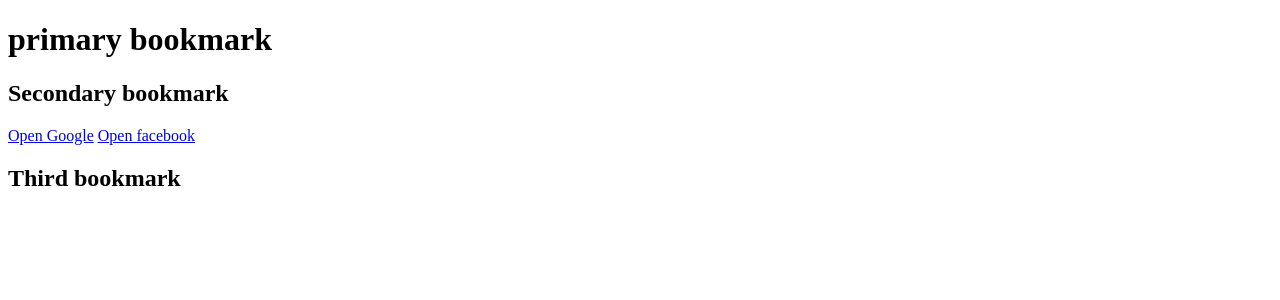
Repository: Mohan2347/Project-2
Page: 3.html
The author's editor kept a copy of each file at every save. The page is drawn from the files as they stood at one save, then again after the next save.
The browser window is 1280 px wide. The pictures show the whole page.

Above is the page before, as saved 2024-11-02 23:08:10.

### 3.html
<!DOCTYPE html>
<html lang="en">
<head>
    <meta charset="UTF-8">
    <meta name="viewport" content="width=device-width, initial-scale=1.0">
    <title>My Book marks</title>
</head>
<body>
    <h1>primary bookmark</h1>
    <h2>Secondary bookmark</h2>
    <p></p>
    <a target="_blank" href="https://www.google.com">Open Google</a>
    <a target = "_blank" href="https://facebook.com">Open facebook</a>
    <h2>Third bookmark</h2>
</body>
</html>

After the next save:
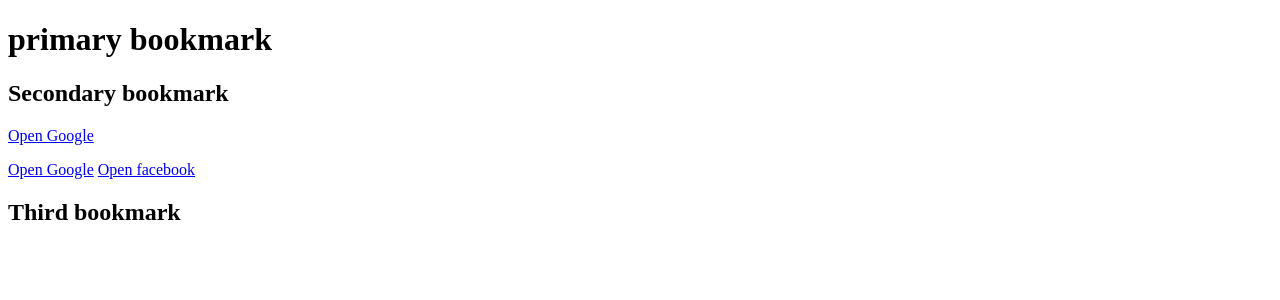
Saved 9 s later.
--- a/3.html
+++ b/3.html
@@ -8,7 +8,7 @@
 <body>
     <h1>primary bookmark</h1>
     <h2>Secondary bookmark</h2>
-    <p></p>
+    <p><a target="_blank" href="https://www.google.com">Open Google</a></p>
     <a target="_blank" href="https://www.google.com">Open Google</a>
     <a target = "_blank" href="https://facebook.com">Open facebook</a>
     <h2>Third bookmark</h2>
